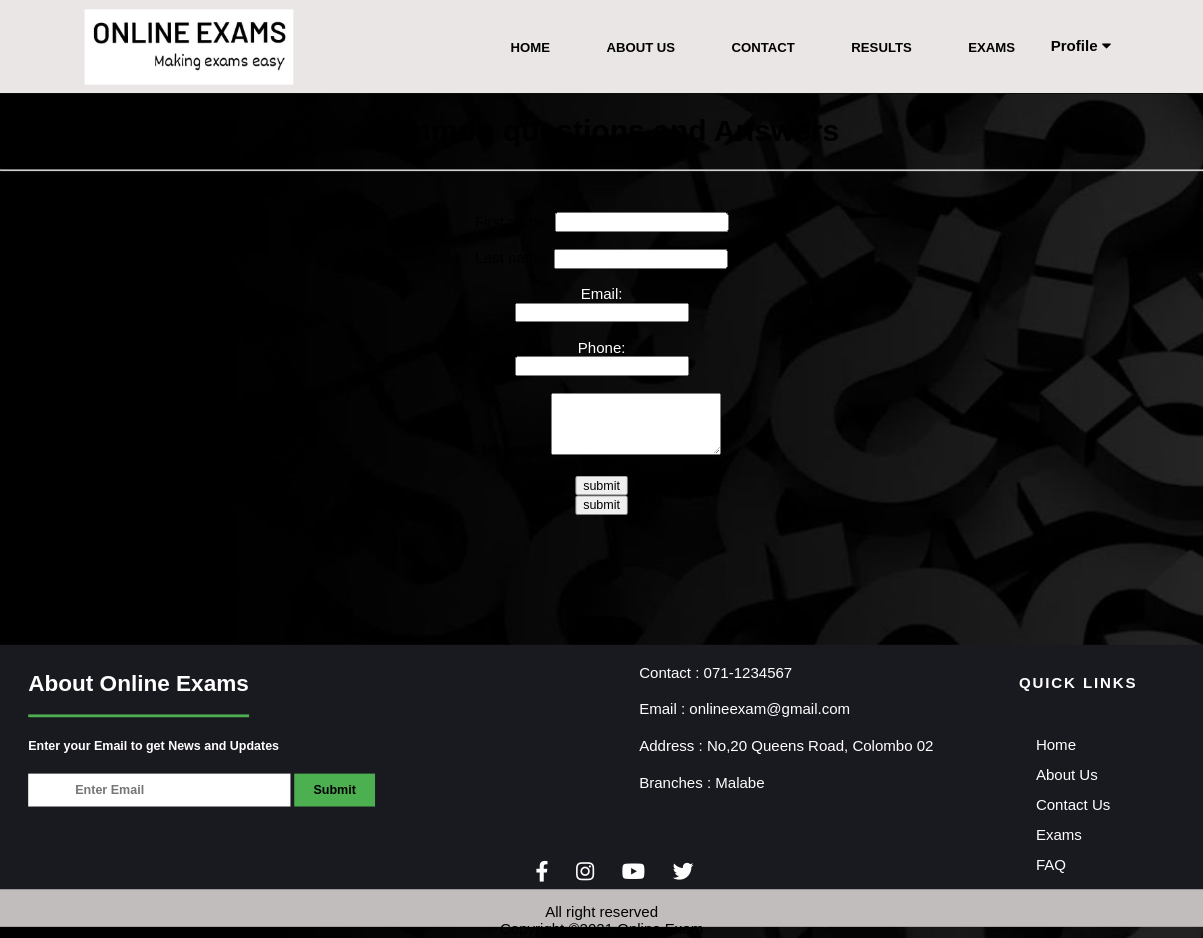
Repository: Isurinda-Shamika/online-exam
Page: http://localhost/online_exam/faq.jsp
The author's editor kept a copy of each file at every save. The page is drawn from the files as they stood at one save, then again after the next save.
The browser window is 1280 px wide. The pictures show the whole page, at 94% of full size.
Some web libraries are served in a nearby version. The page is served by Tomcat 9. Nobody is signed in. The application's start-up code is not run. Other server files are loaded and not shown.

Above is the page before, as saved 2022-11-09 09:43:45.

### online exam/src/main/webapp/faq.jsp
<!DOCTYPE html>
<html>

<head>
	<meta charset="utf-8">
	<title>Online Exams | FAQ Page</title>
	<link rel="stylesheet" href="CSS/faq.css">
	<link rel="stylesheet" href=" ">
	<!--Bootstrap website link to get social media icons(use.fontawesome.com)-->
	<link
      rel="stylesheet"
      href="https://use.fontawesome.com/releases/v5.13.0/css/all.css"
      integrity="sha384-Bfad6CLCknfcloXFOyFnlgtENryhrpZCe29RTifKEixXQZ38WheV+i/6YWSzkz3V"
      crossorigin="anonymous"/>
	<script src=""></script>
</head>

<body>
	<!--navigation bar-->

	<nav>
		<img src="Images/logo.jpeg" class="logo">
		<ul>
			<li><a href="home.jsp">Home</a></li>
				<li><a href="about-us.jsp">About Us</a></li>
				<li><a href="contact.jsp">Contact</a></li>
				<li><a href="results.jsp">Results</a></li>
				<li><a href="Exams.jsp">Exams</a></li>
			<div class="dropdown">
				<button class="dropbtn">Profile
				<i class="fa fa-caret-down"></i>
				</button>
				<div class="dropdown-content">
				<a href="regDispaly.php">Employee</a>
				<a href="instructor.html">Lecturer</a>
				</div>
			</div>
		</ul>
	</nav>

				<center>


                <h1>Common questions and Answers</h1>
                </center><hr>
                <br><br>


         <center>
            <form>

    <form>

                First name:
                <input type="text" name="fname" required><br><br>
                Last name:
                <input type="text"  name="lname"required><br><br>
                <font color="white">Email:</font><br>
                <input type="text" name="email" required><br><br>
                <font color="white">Phone:</font><br>
                <input type="text" name="phone" pattern="[0-]{10}" title ="Enter 10 digits"required ><br><br>
                <label>Message:</label>
                <textarea rows="4" name="msg" cols="20"></textarea><br><br>

                <input type="submit" value="submit">
            </form>
                <input type="submit" value="submit">
            </form>
		</center>

	<hr class = "line-before-footer">
	<footer>
		<div class="footer_content">
			<div class="center_details">
				<ul class="details">
					<li>Contact : 071-1234567</li>
					<li>Email : onlineexam@gmail.com</li>
					<li>Address : No,20 Queens Road, Colombo 02</li>
					<li>Branches : Malabe
					</li>

				</ul>

			</div>
			<div class="left_col">
				<h2>About Online Exams</h2>
				<div class="border"></div>
				<h5>Enter your Email to get News and Updates</h5>
				<form action="" class="newsletter_form">
					<input type="Email" class="txt" placeholder="Enter Email" name="">
					<input type="submit" class="btn" value="Submit" name="">

				</form>
			</div>
			<div class="footer_links">
				<h4>Quick Links</h4>
				<ul>
					<li><a href="home.jsp">Home</a></li>
                    <li><a href="about-us.jsp">About Us</a></li>
                    <li><a href="contact.jsp">Contact Us</a></li>
                    <li><a href="exams.jsp">Exams</a></li>
                    <li><a href="faq.jsp">FAQ</a></li>
				</ul>
			</div>

			</div>

			<div class="social">
				<a href="https://www.facebook.com" target="_blank"><i class="fab fa-facebook-f"></i></a>
				<a href="https://www.instagram.com" target="_blank"><i class="fab fa-instagram"></i></a>
				<a href="https://www.youtube.com" target="_blank"><i class="fab fa-youtube"></i></a>
				<a href="https://www.twitter.com" target="_blank"><i class="fab fa-twitter"></i></a>
			</div>

		</div>
		<div class="footer_bottom">
			<p>All right reserved<br/>Copyright &copy;2021 Online Exam </p>

		</div>
	</footer>

</body>
</html>

### online exam/src/main/webapp/CSS/faq.css
html,body{
    background-image: url("../images/background.jpg");
    margin: 0;
    padding: 0;
    font-family: Arial;
 background-color: rgb(255, 255, 255);
}

p{
    color: #000000;
}
nav{
    position: sticky;
    top: 0;
    left: 0;
    width: 100%;
    height: 100px;
    padding: 10px 90px;
    box-sizing: border-box;
    background:rgb(235, 230, 230);
    border-bottom:1px solid #000000;
 z-index: 1;
}

.logo{
    width: 222px;
    cursor: pointer;
}

nav ul{
    list-style: none;
    float: right;
    margin: 0;
    padding: 0;
    display: flex;
}

nav ul li a{
    line-height: 80px;
    color: rgb(0, 0, 0);
    padding: 12px 30px;
    text-decoration: none;
    font-size: 14px;
    font-weight: bold;
    text-transform: uppercase;
}

nav ul li a:hover{
   color: #4caf50;
}

.dropdown {
 float: left;
 overflow: hidden;
}

.dropdown .dropbtn {
    font-size: 16px;
    border: none;
    outline: none;
    color: rgb(0, 0, 0);
    padding: 30px 8px 5px 8px;
    background-color: inherit;
    font-family: Arial;
    margin: 0;
    font-weight:Bold;
}

.navbar a:hover, .dropdown:hover .dropbtn {
 color: #4caf50;
}

.dropdown-content {
    display: none;
    position: absolute;
    background-color: rgb(0, 0, 0);
    min-width: 160px;
    box-shadow: 0px 8px 16px 0px rgba(0,0,0,0.2);
    z-index: 1;
}

.dropdown-content a {
 float: none;
 color: white;
 padding: 12px 25px;
 text-decoration: none;
 display: block;
 text-align: left;
}

.dropdown-content a:hover {
 background-color: #4caf50;
}

.dropdown:hover .dropdown-content {
 display: block;
}

.line-before-footer{
 background-color: transparent;
 border-color:transparent;
 margin-top: 140px;
}

footer{
 background: #191920;
 height: 300px;
 color: white;
 position: relative;
 margin-top: -20px;
}

.footer_bottom{
 background: rgb(194, 189, 189);
 height: 40px;
 width: 100%;
 text-align: center;
 position: absolute;
 bottom: 0px;
 left: 0px;
 padding-top: 0px;
}

.social{
 margin: 20px ;
 margin-left: 32%;
 position: absolute;
 bottom: 25px;
 left: 12.5%;
 right: 35px;
}

.social a{
 color: #fff;
 margin-right: 25px;
 font-size: 22px;
 text-decoration: none;
 transition: .3s linear;
}

.social a:hover{
 color: #2196f3;
}

.footer_links{
 float: right;
 margin-right: 50px;
 position: sticky;
}

.footer_links li{
 list-style: none;
 margin-left: 18px;

}

.footer_links a{
 text-decoration: none;
 color: white;
 line-height: 2;
}

.footer_links h4{
 letter-spacing: 2px;
 text-transform: uppercase;
 margin-top: -160px;
 margin-left: 20px;
 padding: 20px;
}

.footer_links a:hover{
 color: #4caf50;
}

.left_col{
 margin-top: -150px;
 margin-left: 30px;
}

h5{
    font-family:'Arial';
}

.center_details {
 padding-left: 240px;
}

.border{
 width: 235px;
 height: 3px;
 background: #4caf50;
}

.newletter_form{
 display: flex;
 justify-content: center;
 flex-wrap: wrap;
}

.txt{
 flex: 1;
 padding: 10px 50px;
 font-weight: 700;
 border: none;
 outline: none;
}

.btn{
 flex: 1;
 padding: 10px 20px;
 font-weight: 700;
 border: none;
 background: #4caf50;
}

.btn:hover{
 background: rgb(255, 196, 0);
}

.details li{
 list-style: none;
 margin-left: 400px;
 line-height: 1.2;
 padding-top: 20px;
}

After the next save:
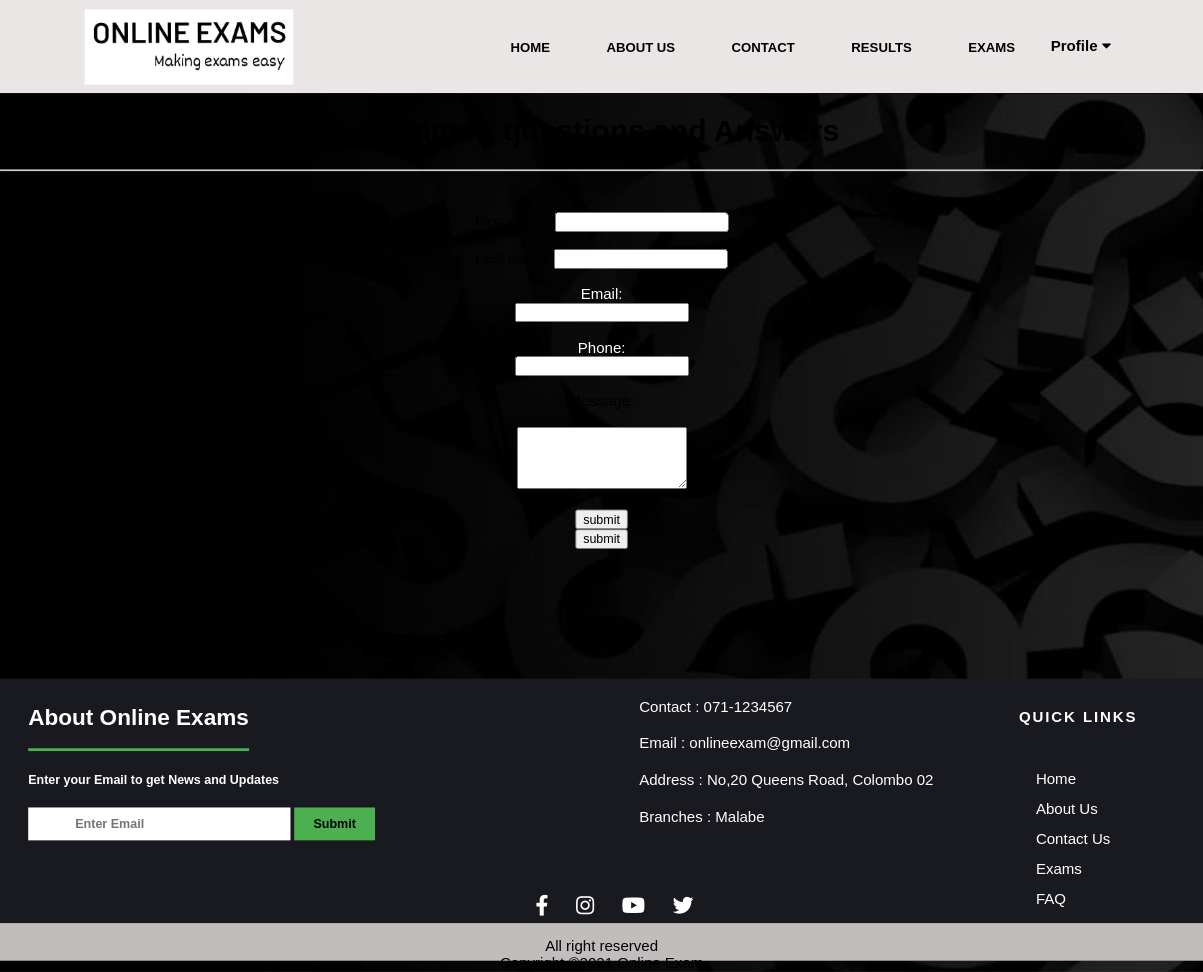
Saved 49 s later.
--- a/online exam/src/main/webapp/faq.jsp
+++ b/online exam/src/main/webapp/faq.jsp
@@ -59,7 +59,7 @@
                 <input type="text" name="email" required><br><br>
                 <font color="white">Phone:</font><br>
                 <input type="text" name="phone" pattern="[0-]{10}" title ="Enter 10 digits"required ><br><br>
-                <label>Message:</label>
+                <label>Message:</label><br><br>
                 <textarea rows="4" name="msg" cols="20"></textarea><br><br>
 
                 <input type="submit" value="submit">
